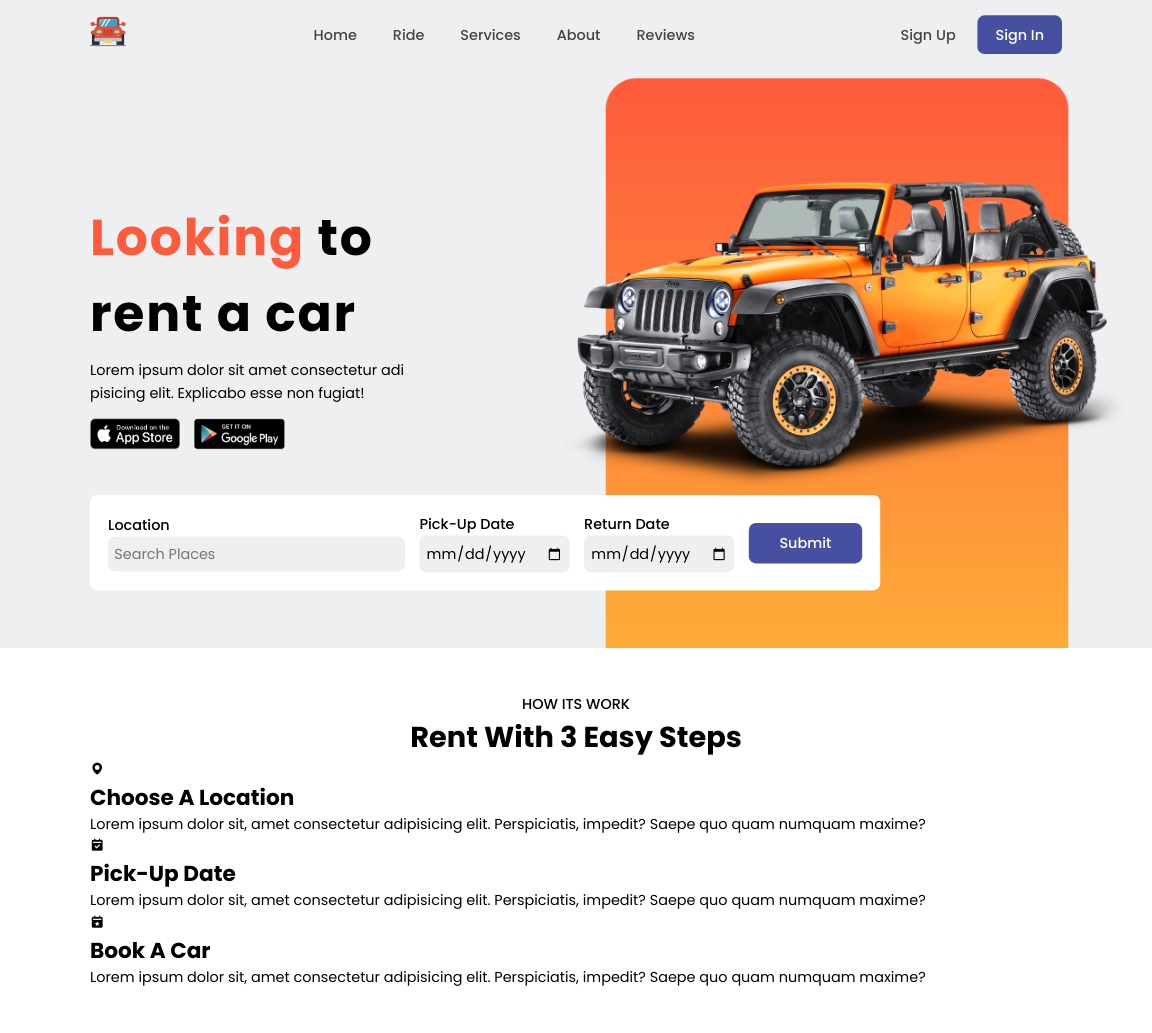
Repository: douglasabnovato/car-rental
Page: index.html
An editor plug-in stored every save of this project. The page is shown before and after the next save, followed by the edit.
The browser window is 1280 px wide. The pictures show the whole page, at 90% of full size.

Above is the page before, as saved 2025-05-16 13:35:10.

After the next save:
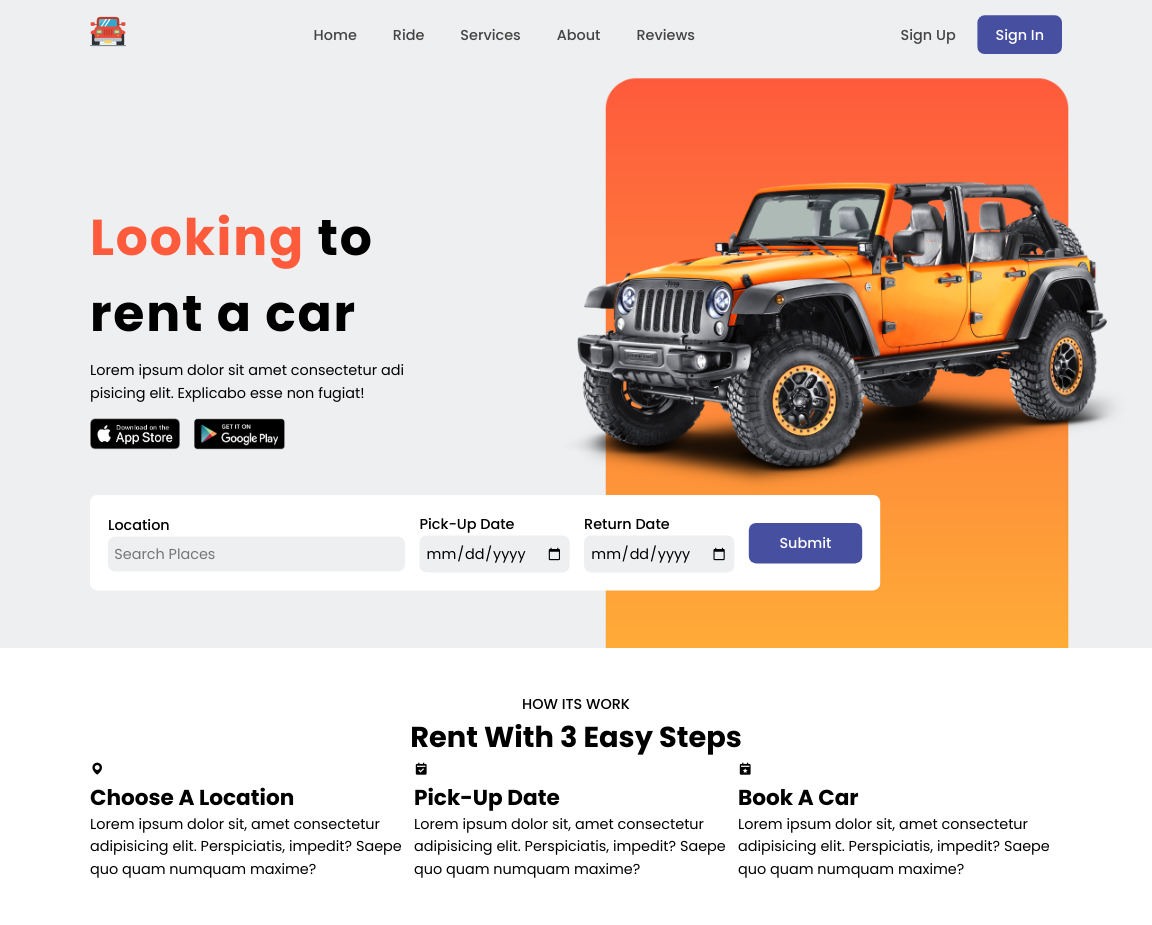
Saved 94 s later.
--- a/style.css
+++ b/style.css
@@ -205,3 +205,9 @@ header {
 .heading h1 {
   font-size: 2rem;
 }
+
+.ride-container{
+    display: grid;
+    align-items: center;
+    grid-template-columns: repeat(auto-fit, minmax(250px,auto));
+}
